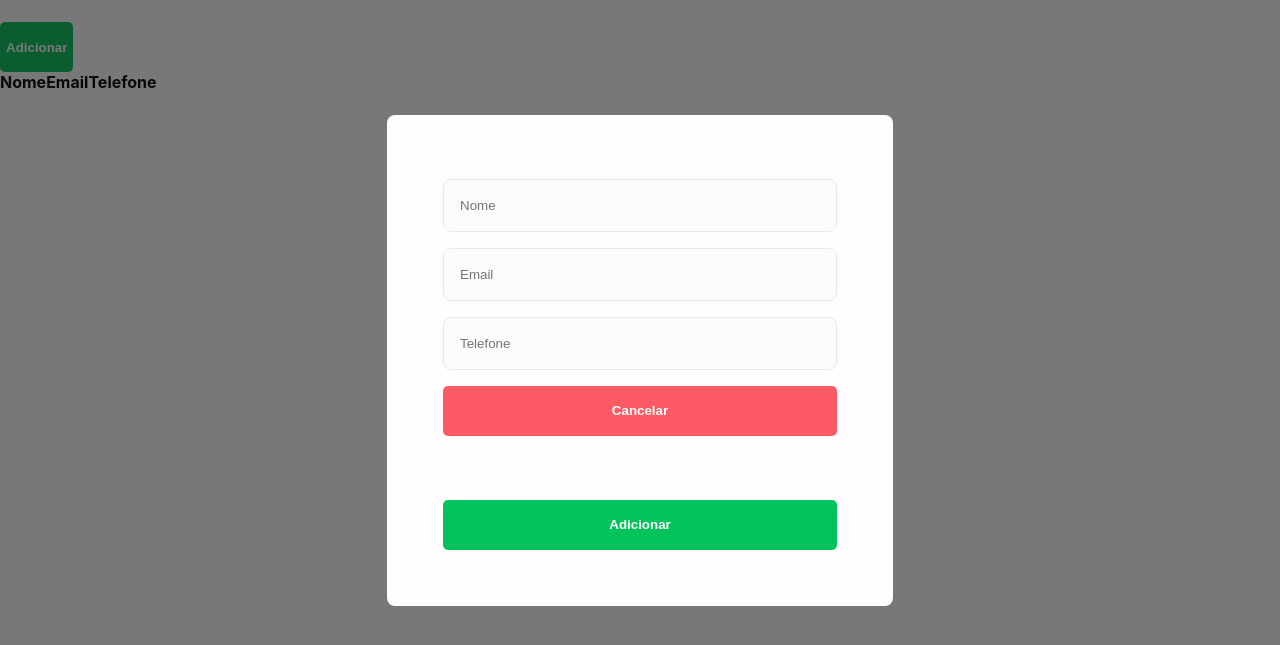
Repository: Henry-Loiola/agenda-contatos
Page: /, after clicking the first element matching `button.btn`
These files come from the project's save history. The page is drawn as it stood at one moment and after the next save; the edit follows.
The browser window is 1280 px wide. The pictures show the whole page.
The project was rebuilt for these pictures with package versions that can differ from the ones it lists, and the page was loaded fresh each time.

Above is the page before, as saved 2024-08-19 19:56:26.

After the next save:
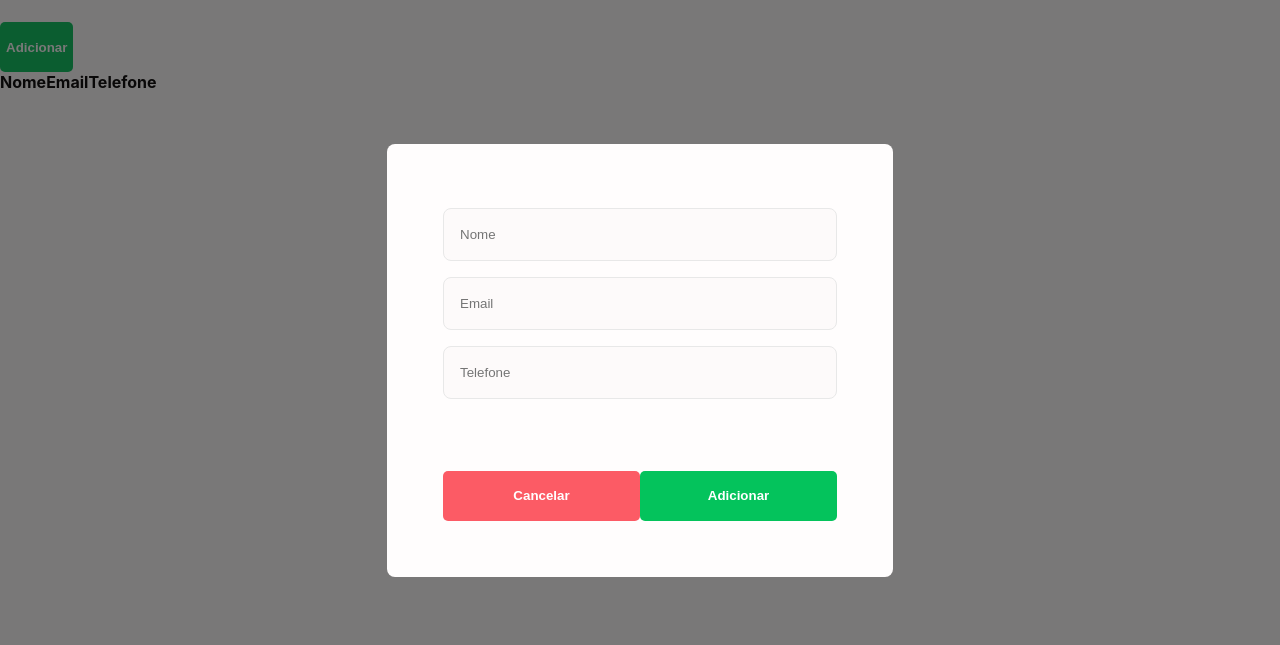
Saved 9 min 58 s later.
--- a/src/components/ModalAddEdit/styles.css
+++ b/src/components/ModalAddEdit/styles.css
@@ -22,7 +22,7 @@
   }
 
   .buttons-confirm button {
-    width: 100%;
+    width: 50%;
   }
 
   .btn-confirm-insert {
